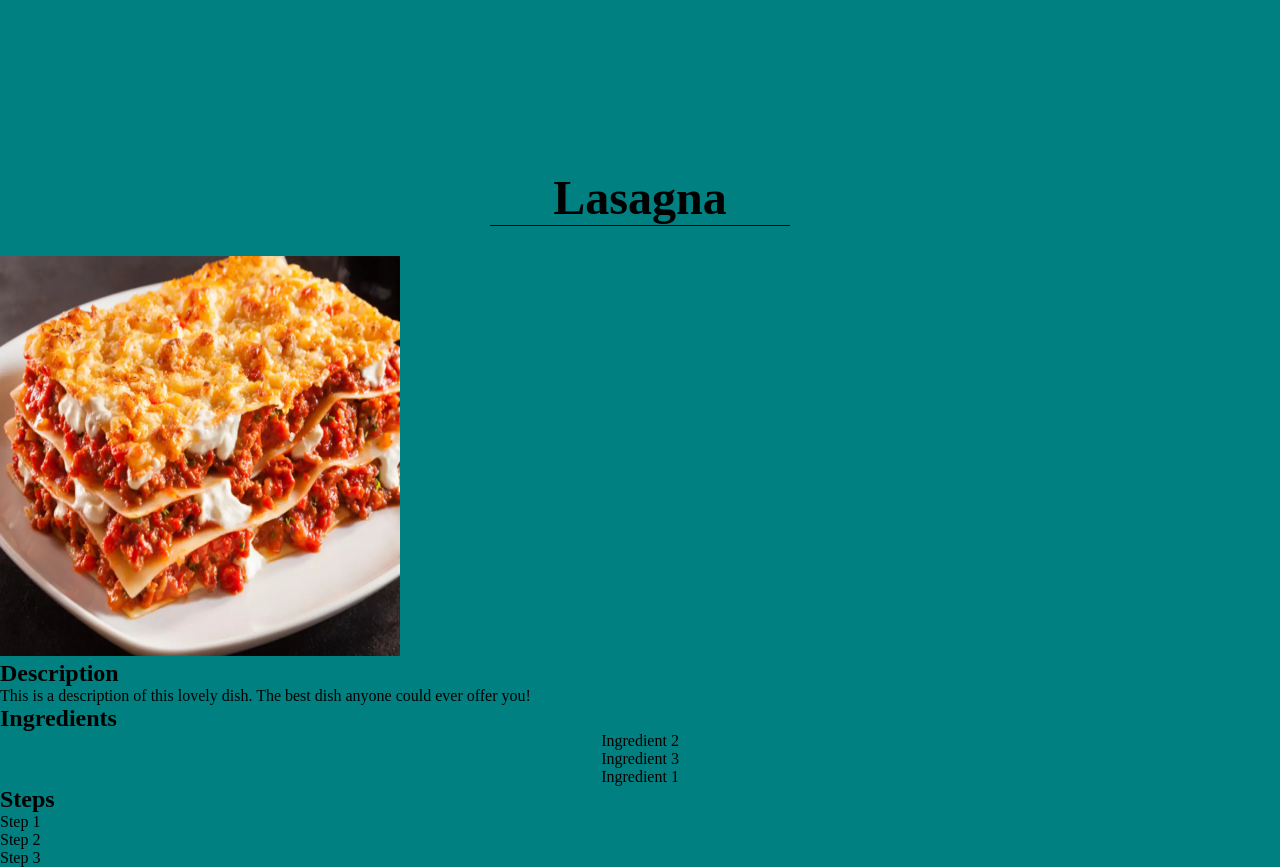
Repository: Pafestivo/odin-recipes
Page: recipes/lasagna.html
An editor plug-in stored every save of this project. The page is shown before and after the next save, followed by the edit.
The browser window is 1280 px wide. The pictures show the whole page.

Above is the page before, as saved 2022-09-24 12:47:35.

### recipes/lasagna.html
<!DOCTYPE html>
<html lang="en">
<head>
    <meta charset="UTF-8">
    <meta name="viewport" content="width=device-width, initial-scale=1.0">
    <link rel="stylesheet" href="../css/recipe-styles.css">
    <title>Recipe-Lasagna</title>
</head>
<body>
    <h1>Lasagna</h1>
    <img
    src="../images/lasagna.jpg"
    alt="An image of lasagna"
    />
    <h2>Description</h2>
    <p>This is a description of this lovely dish. The best dish anyone could ever offer you!</p>


    <h2>Ingredients</h2>
    <ul>
    <li>Ingredient 2</li>
    <li>Ingredient 3</li>
    <li>Ingredient 1</li>
    </ul>

    <h2>Steps</h2>
    <ol>
    <li>Step 1</li>
    <li>Step 2</li>
    <li>Step 3</li>
    </ol>
</body>
</html>

### css/recipe-styles.css
* {
  box-sizing: border-box;
  padding: 0;
  margin: 0;
}

body {
  font-family: serif;
  background-color: #008080;
  padding: 1;
}

.container {
  background-color: #209B87;
  display: flex;
  width: 70vw;
  height: 100vh;
  padding: 1px;
  margin: 0 auto;
}

.inner {
  background-color: #80CF7F;
  width: 45vw;
  height: 80vh;
  margin: auto;
}

h1 {
  text-align: center;
  font-size: 3rem;
  margin: 170px auto 30px auto;
  border-bottom: 1px solid black;
  width: 300px;
}

img {
  width: 400px;
  height: 400px;
}

ul {
  list-style: none;
  display: flex;
  align-items: center;
  justify-content: center;
  flex-direction: column;
}

a {
  display: flex;
  justify-content: center;
  align-items: center;
  margin: 30px 0;
  width: 350px;
  font-size: 1.5em;
  height: 45px;
  border-radius: 20px;
  text-decoration: none;
  color: inherit;
  background-color: #F9F871;
  transition: all 0.1s ease-in;
}

a:hover {
  transform: scale(1.1);
}

After the next save:
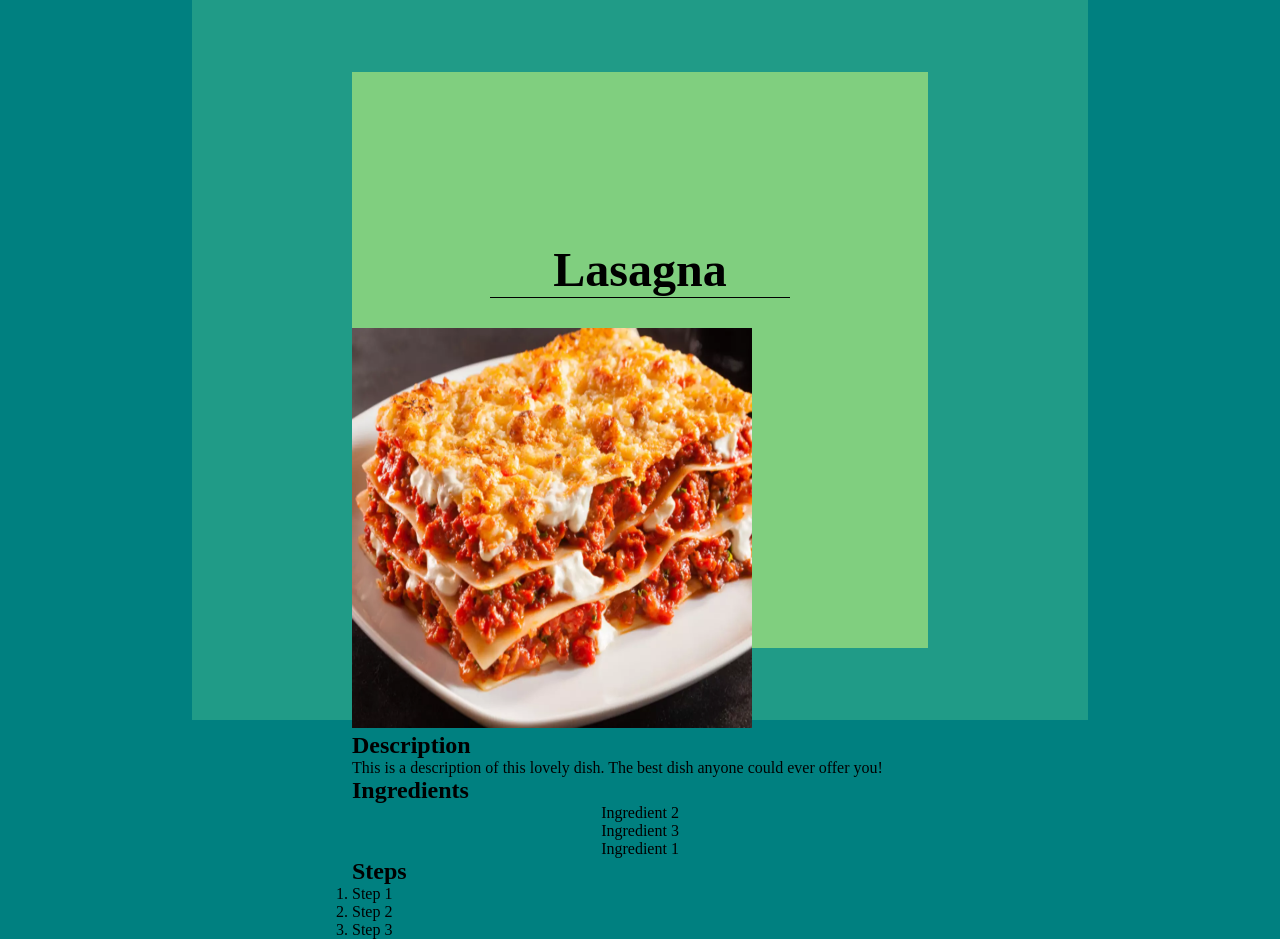
Saved 33 s later.
--- a/recipes/lasagna.html
+++ b/recipes/lasagna.html
@@ -7,27 +7,31 @@
     <title>Recipe-Lasagna</title>
 </head>
 <body>
-    <h1>Lasagna</h1>
-    <img
-    src="../images/lasagna.jpg"
-    alt="An image of lasagna"
-    />
-    <h2>Description</h2>
-    <p>This is a description of this lovely dish. The best dish anyone could ever offer you!</p>
+    <div class="container">
+        <div class="inner">
+            <h1>Lasagna</h1>
+            <img
+            src="../images/lasagna.jpg"
+            alt="An image of Lasagna"
+            />
+            <h2>Description</h2>
+            <p>This is a description of this lovely dish. The best dish anyone could ever offer you!</p>
 
+            <h2>Ingredients</h2>
+            <ul>
+            <li>Ingredient 2</li>
+            <li>Ingredient 3</li>
+            <li>Ingredient 1</li>
+            </ul>
 
-    <h2>Ingredients</h2>
-    <ul>
-    <li>Ingredient 2</li>
-    <li>Ingredient 3</li>
-    <li>Ingredient 1</li>
-    </ul>
+            <h2>Steps</h2>
+            <ol>
+            <li>Step 1</li>
+            <li>Step 2</li>
+            <li>Step 3</li>
+            </ol>
+        </div> <!-- /inner -->
+    </div> <!-- /container -->
 
-    <h2>Steps</h2>
-    <ol>
-    <li>Step 1</li>
-    <li>Step 2</li>
-    <li>Step 3</li>
-    </ol>
 </body>
 </html>
